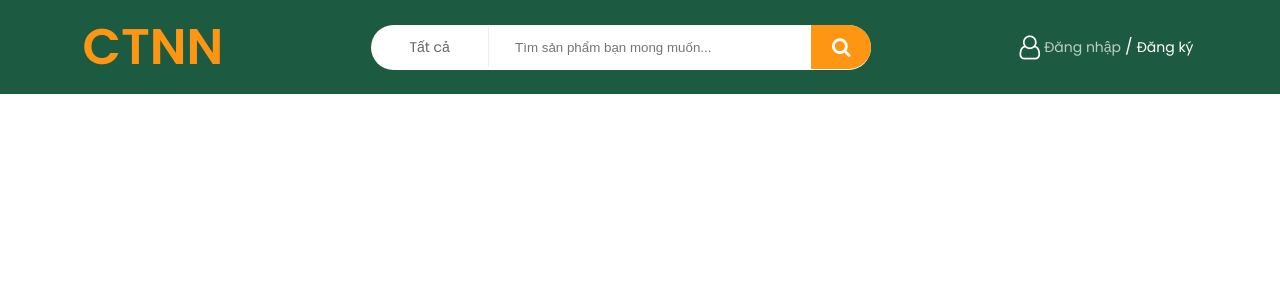
Repository: cuongchua2k2/BaiTapLon-web
Page: index.html
An editor plug-in stored every save of this project. The page is shown before and after the next save, followed by the edit.
The browser window is 1280 px wide. The pictures show the whole page.
The pointer rests on the first visible `.btn`.

Above is the page before, as saved 2023-12-06 15:18:50.

### index.html
<!DOCTYPE html>
<html lang="en">
  <head>
    <meta charset="UTF-8" />
    <meta name="viewport" content="width=device-width, initial-scale=1.0" />
    <!-- reset css -->
    <link rel="stylesheet" href="./assets/css/reset.css" />
    <!-- style css -->
    <link rel="stylesheet" href="./assets/css/style.css" />
    <!-- icon -->
    <link
      rel="stylesheet"
      href="https://cdnjs.cloudflare.com/ajax/libs/font-awesome/4.7.0/css/font-awesome.min.css"
    />
    <!-- font  -->
    <link rel="stylesheet" href="./assets/font/stylesheet.css" />
    <title>Bài tập lớn - shop bán quần áo</title>
  </head>
  <body>
    <!-- header -->
    <header>
      <div id="header">
        <div class="content">
          <!-- header-nav -->
          <div class="nav">
            <div class="nav__logo">
              <span class="logo__content">CTNN</span>
            </div>
            <!-- search -->
            <div class="nav__search">
              <p class="nav__desc">Tất cả</p>
              <input
                type="text"
                class="nav__txtsearch"
                placeholder="Tìm sản phẩm bạn mong muốn..."
              />
              <button class="nav__btn--search">
                <i class="fa fa-search" style="font-size: 20px"></i>
              </button>
            </div>
            <!-- login -->
            <div class="login">
              <i class="fa fa-user-o" style="font-size: 24px; color: #fff"></i>
              <a href="#!" class="btn btn-login">Đăng nhập</a>
              <span style="color: #fff">/</span>
              <a href="#!" class="btn btn-create">Đăng ký</a>
            </div>
          </div>
        </div>
      </div>
    </header>
    <!-- main -->
    <main></main>
    <!-- footer -->
    <footer></footer>
  </body>
</html>

### assets/css/style.css
* {
  box-sizing: border-box;
}

html {
  font-size: 62.5%;
}

body {
  font-family: "Poppins", sans-serif;
  font-size: 1.6rem;
}

/* =====================common ======================*/

.content {
  width: 1115px;
  margin: 0px auto;
}

.btn {
  text-decoration: none;
  color: #fff;
  font-size: 1.4rem;
  font-weight: 400;
}

.btn:hover {
  opacity: 0.7;
}

/* =====================header========================= */

/* =========== header nav===============*/

#header {
  padding: 22px 0;
  background-color: #1c5b41;
}

.nav {
  display: flex;
  justify-content: space-between;
  align-items: center;
}

.logo__content {
  font-size: 5rem;
  font-weight: 600;
  color: #fe9614;
}

.nav__search {
  height: 45px;
  width: 500px;
  padding: 4px 0;
  display: flex;
  justify-content: space-between;
  align-items: center;
  background-color: #fff;
  border-radius: 999px;
}

.nav__desc {
  opacity: 0.7;
  padding: 13px 38px;
  font-size: 1.4rem;
  color: #212529;
  font-weight: 400;
  border-right: 1px solid #e5e5e5;
}

.nav__txtsearch {
  width: 300px;
  height: 40px;
  padding: 15px;
  border: none;
}

.nav__btn--search {
  cursor: pointer;
  height: 44px;
  width: 60px;
  border-radius: 0 40px 40px 0;
  color: #fff;
  background: #fe9614;
  border: #fe9614;
}

.nav__btn--search:hover {
  background-color: #fff;
  color: #fe9614;
}

.login {
  display: flex;
  align-items: center;
}

.btn-login,
.btn-create {
  padding: 8px 4px;
}

### assets/font/stylesheet.css
@font-face {
    font-family: 'Poppins';
    src: url('Poppins-Black.woff2') format('woff2'),
        url('Poppins-Black.woff') format('woff');
    font-weight: 900;
    font-style: normal;
    font-display: swap;
}

@font-face {
    font-family: 'Poppins';
    src: url('Poppins-Bold.woff2') format('woff2'),
        url('Poppins-Bold.woff') format('woff');
    font-weight: bold;
    font-style: normal;
    font-display: swap;
}

@font-face {
    font-family: 'Poppins';
    src: url('Poppins-BlackItalic.woff2') format('woff2'),
        url('Poppins-BlackItalic.woff') format('woff');
    font-weight: 900;
    font-style: italic;
    font-display: swap;
}

@font-face {
    font-family: 'Poppins';
    src: url('Poppins-BoldItalic.woff2') format('woff2'),
        url('Poppins-BoldItalic.woff') format('woff');
    font-weight: bold;
    font-style: italic;
    font-display: swap;
}

@font-face {
    font-family: 'Poppins';
    src: url('Poppins-ExtraLightItalic.woff2') format('woff2'),
        url('Poppins-ExtraLightItalic.woff') format('woff');
    font-weight: 200;
    font-style: italic;
    font-display: swap;
}

@font-face {
    font-family: 'Poppins';
    src: url('Poppins-ExtraBoldItalic.woff2') format('woff2'),
        url('Poppins-ExtraBoldItalic.woff') format('woff');
    font-weight: bold;
    font-style: italic;
    font-display: swap;
}

@font-face {
    font-family: 'Poppins';
    src: url('Poppins-ExtraBold.woff2') format('woff2'),
        url('Poppins-ExtraBold.woff') format('woff');
    font-weight: bold;
    font-style: normal;
    font-display: swap;
}

@font-face {
    font-family: 'Poppins';
    src: url('Poppins-Italic.woff2') format('woff2'),
        url('Poppins-Italic.woff') format('woff');
    font-weight: normal;
    font-style: italic;
    font-display: swap;
}

@font-face {
    font-family: 'Poppins';
    src: url('Poppins-ExtraLight.woff2') format('woff2'),
        url('Poppins-ExtraLight.woff') format('woff');
    font-weight: 200;
    font-style: normal;
    font-display: swap;
}

@font-face {
    font-family: 'Poppins';
    src: url('Poppins-Regular.woff2') format('woff2'),
        url('Poppins-Regular.woff') format('woff');
    font-weight: normal;
    font-style: normal;
    font-display: swap;
}

@font-face {
    font-family: 'Poppins';
    src: url('Poppins-LightItalic.woff2') format('woff2'),
        url('Poppins-LightItalic.woff') format('woff');
    font-weight: 300;
    font-style: italic;
    font-display: swap;
}

@font-face {
    font-family: 'Poppins';
    src: url('Poppins-SemiBold.woff2') format('woff2'),
        url('Poppins-SemiBold.woff') format('woff');
    font-weight: 600;
    font-style: normal;
    font-display: swap;
}

@font-face {
    font-family: 'Poppins';
    src: url('Poppins-Light.woff2') format('woff2'),
        url('Poppins-Light.woff') format('woff');
    font-weight: 300;
    font-style: normal;
    font-display: swap;
}

@font-face {
    font-family: 'Poppins';
    src: url('Poppins-Medium.woff2') format('woff2'),
        url('Poppins-Medium.woff') format('woff');
    font-weight: 500;
    font-style: normal;
    font-display: swap;
}

@font-face {
    font-family: 'Poppins';
    src: url('Poppins-MediumItalic.woff2') format('woff2'),
        url('Poppins-MediumItalic.woff') format('woff');
    font-weight: 500;
    font-style: italic;
    font-display: swap;
}

@font-face {
    font-family: 'Poppins';
    src: url('Poppins-Thin.woff2') format('woff2'),
        url('Poppins-Thin.woff') format('woff');
    font-weight: 100;
    font-style: normal;
    font-display: swap;
}

@font-face {
    font-family: 'Poppins';
    src: url('Poppins-ThinItalic.woff2') format('woff2'),
        url('Poppins-ThinItalic.woff') format('woff');
    font-weight: 100;
    font-style: italic;
    font-display: swap;
}

@font-face {
    font-family: 'Poppins';
    src: url('Poppins-SemiBoldItalic.woff2') format('woff2'),
        url('Poppins-SemiBoldItalic.woff') format('woff');
    font-weight: 600;
    font-style: italic;
    font-display: swap;
}

Loaded but not shown: assets/css/reset.css (common file)

After the next save:
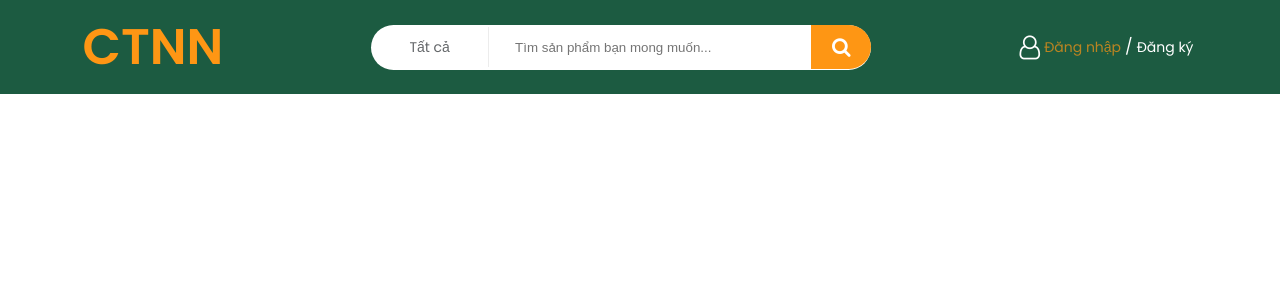
Saved 52 s later.
--- a/assets/css/style.css
+++ b/assets/css/style.css
@@ -27,6 +27,7 @@ body {
 
 .btn:hover {
   opacity: 0.7;
+  color: #fe9614;
 }
 
 /* =====================header========================= */
